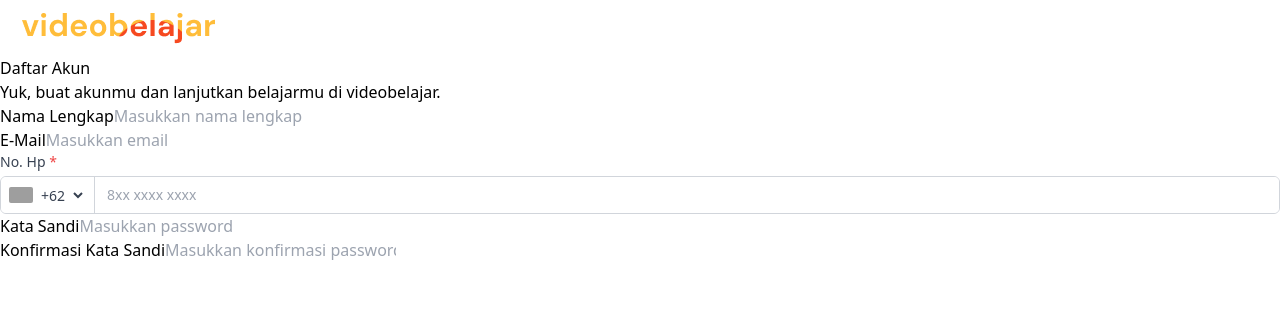
Repository: dimascahyanugraha/Course-Mission-4
Page: /signup
These files come from the project's save history. The page is drawn as it stood at one moment and after the next save; the edit follows.
The browser window is 1280 px wide. The pictures show the whole page.
Pictures or frames that could not be fetched are drawn as grey boxes. The project was rebuilt for these pictures with package versions that can differ from the ones it lists, and the page was loaded fresh each time. Also part of the build but not shown: vite.config.js, src/components/LoginPage.jsx.

Above is the page before, as saved 2026-05-29 10:29:34.

After the next save:
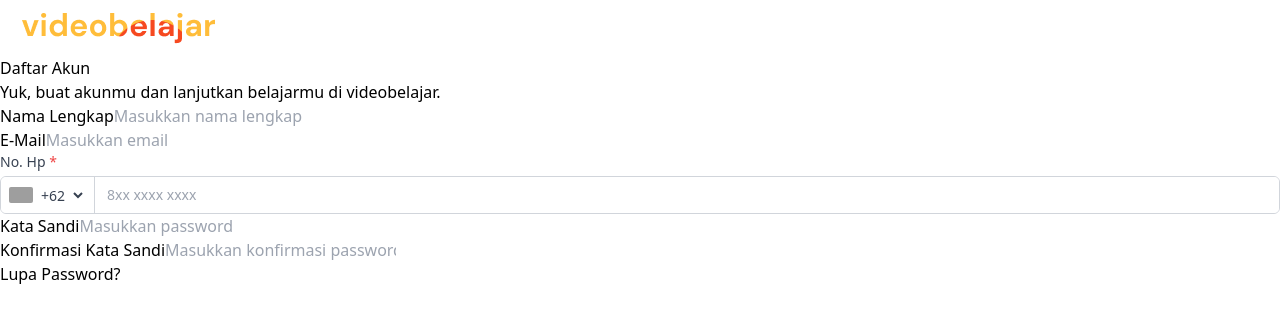
Saved 102 s later.
--- a/src/components/Signup.jsx
+++ b/src/components/Signup.jsx
@@ -57,6 +57,9 @@ export default function Signup() {
                 placeholder="Masukkan konfirmasi password"
               />
             </div>
+            <div>
+              <a href="#">Lupa Password?</a>
+            </div>
           </form>{" "}
           {/* ← form ditutup setelah semua input */}
         </div>
